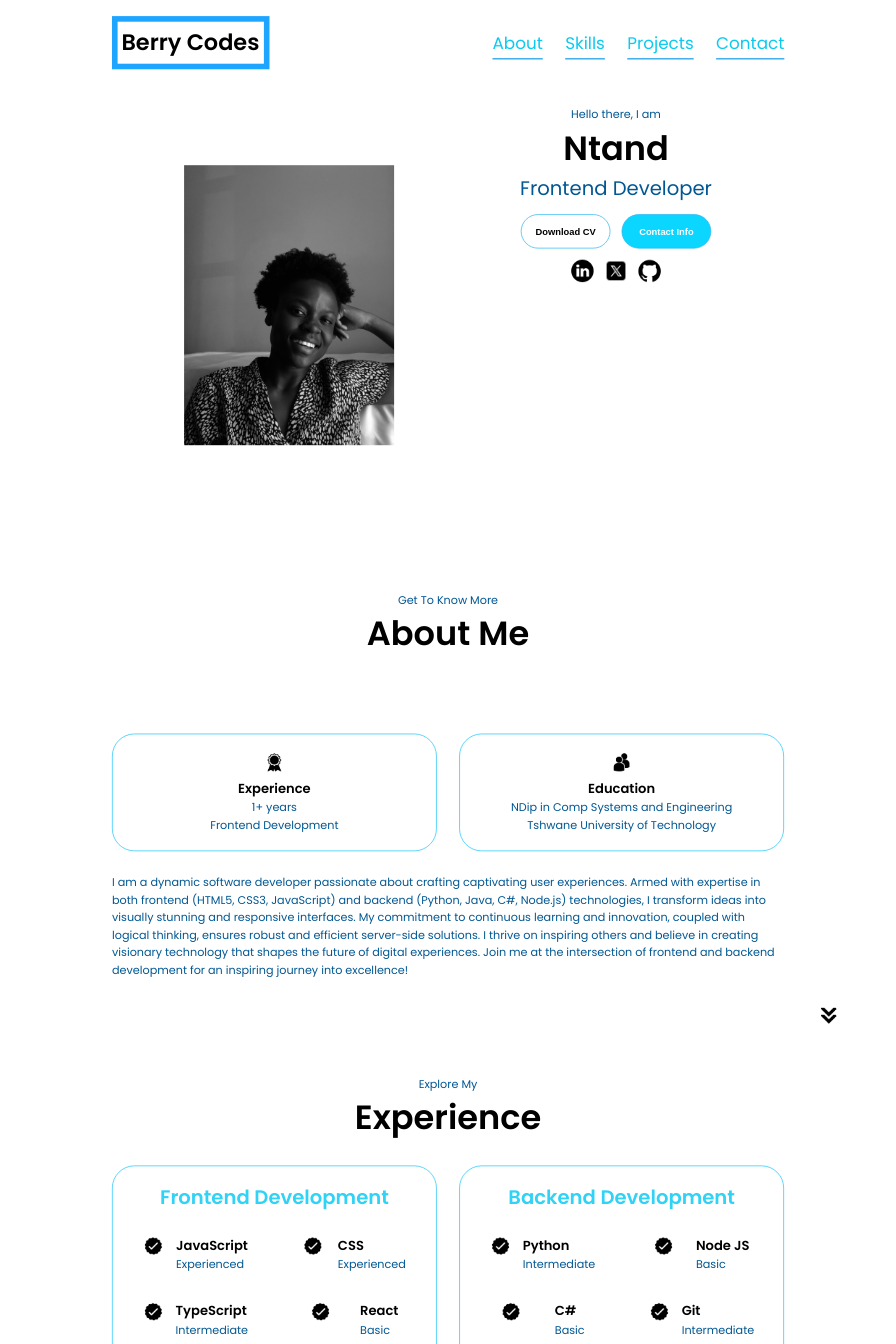
Repository: ntandomagana/FS-Dev-Portfolio
Page: index.html
These files come from the project's save history. The page is drawn as it stood at one moment and after the next save; the edit follows.
The browser window is 1280 px wide. The pictures show the part of the page from y = 0 to 1920 px (the page is 3177 px tall), at 70% of full size.

Above is the page before, as saved 2024-05-04 21:29:07.

### index.html
<!DOCTYPE html>
<html lang="en">
  <head>
    <meta charset="UTF-8" />
    <meta http-equiv="X-UA-Compatible" content="IE=edge" />
    <meta name="viewport" content="width=device-width, initial-scale=1.0" />
    <title>My Portfolio</title>
    <link rel="stylesheet" href="style.css" />
    <link rel="stylesheet" href="mediaqueries.css" />
  </head>
  <body>
    <nav id="desktop-nav">
      <div class="logo">Berry Codes</div>
      <div>
        <ul class="nav-links">
          <li><a href="#about">About</a></li>
          <li><a href="#experience">Skills</a></li>
          <li><a href="#projects">Projects</a></li>
          <li><a href="#contact">Contact</a></li>
        </ul>
      </div>
    </nav>
    <nav id="hamburger-nav">
      <div class="logo">Coding Berry</div>
      <div class="hamburger-menu">
        <div class="hamburger-icon" onclick="toggleMenu()">
          <span></span>
          <span></span>
          <span></span>
        </div>
        <div class="menu-links">
          <li><a href="#about" onclick="toggleMenu()">About</a></li>
          <li><a href="#experience" onclick="toggleMenu()">Skills</a></li>
          <li><a href="#projects" onclick="toggleMenu()">Projects</a></li>
          <li><a href="#contact" onclick="toggleMenu()">Contact</a></li>
        </div>
      </div>
    </nav>
    <section id="profile">
      <div class="section-pic-container">
        <img src="./assets/bwpp.jpg" alt="profile picture" />
      </div>
      <div class="section-text">
        <p class="section__text__p1">Hello there, I am</p>

        <h1 class="title"><span id="typed-text"></span></h1>

        <p class="section__text__p2">Frontend Developer</p>
        <div class="btn-container">
          <button
            class="btn btn-color-2"
            onclick="window.open('./assets/NP Magana - Web Developer.pdf')"
          >
            Download CV
          </button>
          <button class="btn btn-color-1" onclick="location.href='./#contact'">
            Contact Info
          </button>
        </div>
        <div id="socials-container">
          <img
            src="./assets/linkedin.png"
            alt="My LinkedIn profile"
            class="icon"
            onclick="location.href='https://www.linkedin.com/in/ntandoyenkosi-magana-/'"
          />

          <img
            src="./assets/icons8-twitterx-50.png"
            alt="My Github profile"
            class="icon"
            onclick="location.href='https://twitter.com/Sir_M_Charles'"
          />
          <img
            src="./assets/github.png"
            alt="My Github profile"
            class="icon"
            onclick="location.href='https://github.com/ntandomagana'"
          />
        </div>
      </div>
    </section>
    <section id="about">
      <p class="section__text__p1">Get To Know More</p>
      <h1 class="title">About Me</h1>
      <div class="section-container">
        <div class="about-details-container">
          <div class="about-containers">
            <div class="details-container">
              <img
                src="./assets/experience.png"
                alt="Experience icon"
                class="icon"
              />
              <h3>Experience</h3>
              <p>1+ years <br />Frontend Development</p>
            </div>
            <div class="details-container">
              <img
                src="./assets/education.png"
                alt="Education icon"
                class="icon"
              />
              <h3>Education</h3>
              <p>
                NDip in Comp Systems and Engineering <br />Tshwane University of
                Technology
              </p>
            </div>
          </div>
          <div class="text-container">
            <p>
              I am a dynamic software developer passionate about crafting
              captivating user experiences. Armed with expertise in both
              frontend (HTML5, CSS3, JavaScript) and backend (Python, Java, C#,
              Node.js) technologies, I transform ideas into visually stunning
              and responsive interfaces. My commitment to continuous learning
              and innovation, coupled with logical thinking, ensures robust and
              efficient server-side solutions. I thrive on inspiring others and
              believe in creating visionary technology that shapes the future of
              digital experiences. Join me at the intersection of frontend and
              backend development for an inspiring journey into excellence!
            </p>
          </div>
        </div>
      </div>
      <img
        src="./assets/arrow.png"
        alt="Arrow icon"
        class="icon arrow"
        onclick="location.href='./#experience'"
      />
    </section>
    <section id="experience">
      <p class="section__text__p1">Explore My</p>
      <h1 class="title">Experience</h1>
      <div class="experience-details-container">
        <div class="about-containers">
          <div class="details-container">
            <h2 class="experience-sub-title">Frontend Development</h2>
            <div class="article-container">
              <article>
                <img
                  src="./assets/checkmark.png"
                  alt="Experience icon"
                  class="icon"
                />
                <div>
                  <h3>JavaScript</h3>
                  <p>Experienced</p>
                </div>
              </article>
              <article>
                <img
                  src="./assets/checkmark.png"
                  alt="Experience icon"
                  class="icon"
                />
                <div>
                  <h3>CSS</h3>
                  <p>Experienced</p>
                </div>
              </article>
              <article>
                <img
                  src="./assets/checkmark.png"
                  alt="Experience icon"
                  class="icon"
                />
                <div>
                  <h3>TypeScript</h3>
                  <p>Intermediate</p>
                </div>
              </article>
              <article>
                <img
                  src="./assets/checkmark.png"
                  alt="Experience icon"
                  class="icon"
                />
                <div>
                  <h3>React</h3>
                  <p>Basic</p>
                </div>
              </article>
              <article></article>
            </div>
          </div>
          <div class="details-container">
            <h2 class="experience-sub-title">Backend Development</h2>
            <div class="article-container">
              <article>
                <img
                  src="./assets/checkmark.png"
                  alt="Experience icon"
                  class="icon"
                />
                <div>
                  <h3>Python</h3>
                  <p>Intermediate</p>
                </div>
              </article>
              <article>
                <img
                  src="./assets/checkmark.png"
                  alt="Experience icon"
                  class="icon"
                />
                <div>
                  <h3>Node JS</h3>
                  <p>Basic</p>
                </div>
              </article>
              <article>
                <img
                  src="./assets/checkmark.png"
                  alt="Experience icon"
                  class="icon"
                />
                <div>
                  <h3>C#</h3>
                  <p>Basic</p>
                </div>
              </article>
              <article>
                <img
                  src="./assets/checkmark.png"
                  alt="Experience icon"
                  class="icon"
                />
                <div>
                  <h3>Git</h3>
                  <p>Intermediate</p>
                </div>
              </article>
            </div>
          </div>
        </div>
      </div>
      <img
        src="./assets/arrow.png"
        alt="Arrow icon"
        class="icon arrow"
        onclick="location.href='./#projects'"
      />
    </section>
    <section id="projects">
      <p class="section__text__p1">View My Recent</p>
      <h1 class="title">Projects</h1>
      <div class="experience-details-container">
        <div class="about-containers">
          <div class="details-container color-container">
            <div class="article-container">
              <img
                src="./assets/coming soon.jpg"
                alt="Project 1"
                class="project-img"
              />
            </div>
            <h2 class="experience-sub-title project-title">Project One</h2>
            <div class="btn-container">
              <button
                class="btn btn-color-2 project-btn"
                onclick="location.href='https://github.com/'"
              >
                Github
              </button>
            </div>
          </div>
          <div class="details-container color-container">
            <div class="article-container">
              <img
                src="./assets/coming soon.jpg"
                alt="Project 2"
                class="project-img"
              />
            </div>
            <h2 class="experience-sub-title project-title">Project Two</h2>
            <div class="btn-container">
              <button
                class="btn btn-color-2 project-btn"
                onclick="location.href='https://github.com/'"
              >
                Github
              </button>
            </div>
          </div>
          <div class="details-container color-container">
            <div class="article-container">
              <img
                src="./assets/coming soon.jpg"
                alt="Project 3"
                class="project-img"
              />
            </div>
            <h2 class="experience-sub-title project-title">Project Three</h2>
            <div class="btn-container">
              <button
                class="btn btn-color-2 project-btn"
                onclick="location.href='https://github.com/'"
              >
                Github
              </button>
            </div>
          </div>
        </div>
      </div>
      <img
        src="./assets/arrow.png"
        alt="Arrow icon"
        class="icon arrow"
        onclick="location.href='./#contact'"
      />
    </section>
    <section id="contact">
      <p class="section__text__p1">Get in Touch</p>
      <h1 class="title">Contact Me</h1>
      <div class="contact-info-upper-container">
        <div class="contact-info-container">
          <img
            src="./assets/email.png"
            alt="Email icon"
            class="icon contact-icon email-icon"
          />
          <p>
            <a href="mailto:ntandomagana@gmail.com">ntandomagana@gmail.com</a>
          </p>
        </div>
        <div class="contact-info-container">
          <img
            src="./assets/linkedin.png"
            alt="LinkedIn icon"
            class="icon contact-icon"
          />
          <p><a href="https://www.linkedin.com">LinkedIn</a></p>
        </div>
      </div>
    </section>
    <footer>
      <nav>
        <div class="nav-links-container">
          <ul class="nav-links">
            <li><a href="#about">About</a></li>
            <li><a href="#experience">Skills</a></li>
            <li><a href="#projects">Projects</a></li>
            <li><a href="#contact">Contact</a></li>
          </ul>
        </div>
      </nav>
      <p>Copyright &#169; 2023 Ntando Magana. All Rights Reserved.</p>
    </footer>
    <script src="script.js"></script>
  </body>
</html>

### style.css
@import url("https://fonts.googleapis.com/css2?family=Poppins:wght@300;400;500;600&display=swap");

* {
  margin: 0;
  padding: 0;
}

body {
  font-family: "Poppins", sans-serif;
}

html {
  scroll-behavior: smooth;
}

p {
  color: #005792;
}

section {
  margin-bottom: 2px;
}

a,
.btn {
  transition: all 300ms ease;
}

nav,
.nav-links {
  display: flex;
}

nav {
  justify-content: space-around;
  align-items: center;
  height: 17vh;
}

.nav-links {
  gap: 2rem;
  list-style-type: none;
  font-size: 1.5rem;
}

a {
  color: rgb(11, 202, 240);
  text-decoration: underline;
  text-underline-offset: 0.8rem;
  text-decoration-color: rgb(51, 169, 237);
}

.logo {
  font-size: 2rem;
}

.logo:hover {
  cursor: default;
}

#hamburger-nav {
  display: none;
}

.hamburger-menu {
  position: relative;
  display: inline-block;
}

.hamburger-icon {
  display: flex;
  flex-direction: column;
  justify-content: space-between;
  height: 24px;
  width: 30px;
  cursor: pointer;
}



.hamburger-icon span {
  width: 100%;
  height: 2px;
  background-color: rgb(9, 255, 255);
  transition: all 0.3 ease-in-out;
}

.menu-links {
  position: absolute;
  top: 100%;
  right: 0;
  background-color: white;
  width: fit-content;
  max-height: 0;
  overflow: hidden;
  transition: all 0.3 ease-in-out;
}

.menu-links a {
  display: block;
  padding: 10px;
  text-align: center;
  font-size: 1.5rem;
  color: rgb(15, 224, 231);
  text-decoration: none;
  transition: all 0.3 ease-in-out;
}

.menu-links li {
  list-style-type: none;
}

.menu-links.open {
  max-height: 300px;
}

.hamburger-icon.open span:first-child {
  transform: rotate(45deg) translate(10px, 5px);
}

.hamburger-icon.open span:nth-child(2) {
  opacity: 0;
}

.hamburger-icon.open span:last-child {
  transform: rotate(-45deg) translate(10px, -5px);
}

.hamburger-icon span:first-child {
  transform: none;
}

.hamburger-icon span:first-child {
  opacity: 1;
}

.hamburger-icon span:first-child {
  transform: none;
}

section {
  padding-top: 4vh;
  height: 96vh;
  margin: 0 10rem;
  box-sizing: border-box;
  min-height: fit-content;
}

.section-container {
  display: flex;
}

#profile {
  display: flex;
  justify-content: center;
  gap: 5rem;
  height: 80vh;
}

.section-pic-container {
  display: flex;
  height: 400px;
  width: 400px;
  margin: auto 0;
}

.section__text {
  align-self: center;
  text-align: center;
}

.section__text p {
  font-weight: 600;
}

.section__text__p1 {
  text-align: center;
}

.section__text__p2 {
  font-size: 1.75rem;
  margin-bottom: 1rem;
}

.title {
  font-size: 3rem;
  text-align: center;
}

#socials-container {
  display: flex;
  justify-content: center;
  margin-top: 1rem;
  gap: 1rem;
}

.icon {
  cursor: pointer;
  height: 2rem;
}

/* BUTTONS */

.btn-container {
  display: flex;
  justify-content: center;
  gap: 1rem;
}

.btn {
  font-weight: 600;
  transition: all 300ms ease;
  padding: 1rem;
  width: 8rem;
  border-radius: 2rem;
}

.btn-color-1,
.btn-color-2 {
  border: rgb(43, 182, 241) 0.1rem solid;
}

.btn-color-1:hover,
.btn-color-2:hover {
  cursor: pointer;
}

.btn-color-1,
.btn-color-2:hover {
  background: rgb(11, 214, 255);
  color: white;
}

.btn-color-1:hover {
  background: rgb(83, 215, 232);
}

.btn-color-2 {
  background: none;
}

.btn-color-2:hover {
  border: rgb(26, 210, 243) 0.2rem solid;
}

.btn-container {
  gap: 1rem;
}

/* ABOUT SECTION */

#about {
  position: relative;
}

.about-containers {
  gap: 2rem;
  margin-bottom: 2rem;
  margin-top: 2rem;
}

.about-details-container {
  justify-content: center;
  flex-direction: column;
}

.about-containers,
.about-details-container {
  display: flex;
}

.arrow {
  position: absolute;
  right: -5rem;
  bottom: 2.5rem;
}

.details-container {
  padding: 1.5rem;
  flex: 1;
  background: white;
  border-radius: 2rem;
  border: rgb(34, 174, 239) 0.1rem solid;
  border-color: rgb(28, 197, 249);
  text-align: center;
}

.section-container {
  gap: 4rem;
  height: 80%;
}

.section__pic-container {
  height: 400px;
  width: 400px;
  margin: auto 0;
}

/* EXPERIENCE SECTION */

#experience {
  position: relative;
}

.experience-sub-title {
  color: rgb(48, 210, 246);
  font-weight: 600;
  font-size: 1.75rem;
  margin-bottom: 2rem;
}

.experience-details-container {
  display: flex;
  justify-content: center;
  flex-direction: column;
}

.article-container {
  display: flex;
  text-align: initial;
  flex-wrap: wrap;
  flex-direction: row;
  gap: 2.5rem;
  justify-content: space-around;
}

article {
  display: flex;
  width: 10rem;
  justify-content: space-around;
  gap: 0.5rem;
}

article .icon {
  cursor: default;
}

/* PROJECTS SECTION */

#projects {
  position: relative;
}

.color-container {
  border-color: rgb(21, 220, 255);
  background: rgb(250, 250, 250);
}

.project-img {
  border-radius: 2rem;
  width: 90%;
  height: 90%;
}

.project-title {
  margin: 1rem;
  color: #00bbf0;
}

.project-btn {
  color: #00bbf0;
  border-color: rgb(18, 217, 252);
}

/* CONTACT */

#contact {
  display: flex;
  justify-content: center;
  flex-direction: column;
  height: 70vh;
}

.contact-info-upper-container {
  display: flex;
  justify-content: center;
  border-radius: 2rem;
  border: rgb(16, 220, 242) 0.1rem solid;
  border-color: rgb(19, 211, 250);
  background: (250, 250, 250);
  margin: 2rem auto;
  padding: 0.5rem;
}

.contact-info-container {
  display: flex;
  align-items: center;
  justify-content: center;
  gap: 0.5rem;
  margin: 1rem;
}

.contact-info-container p {
  font-size: larger;
}

.contact-icon {
  cursor: default;
}

.email-icon {
  height: 2.5rem;
}

footer {
  height: 26vh;
  margin: 0 1rem;
}

footer p {
  text-align: center;
}

/* Add this CSS to your existing style.css or create a new style tag in the head of your HTML */

/* Bold, underline, and bubble effect for the logo */
.logo {
  font-weight: bold;
  text-decoration: wavy;
  display: inline-block;
  position: relative;
  border: 8px solid #1ea5ff; /* Adjust the border thickness and color as needed */
  padding: 6px; /* Adjust the padding as needed */
}

.logo::after {
  content: "";
  position: absolute;
  width: 100%;
  height: 0;
  bottom: 0;
  left: 0;
  opacity: 0;
  border-bottom: 2px solid #fff;
  animation: bubble 0.5s infinite ease-in-out;
}

@keyframes bubble {
  0% {
    height: 0;
    opacity: 0;
  }
  50% {
    height: 100%;
    opacity: 1;
  }
  100% {
    height: 0;
    opacity: 0;
  }
}

### mediaqueries.css
@media screen and (max-width: 1400px) {
  #profile {
    height: 83vh;
    margin-bottom: 6rem;
  }
  .about-containers {
    flex-wrap: wrap;
  }
  #contact,
  #projects {
    height: fit-content;
  }
}

@media screen and (max-width: 1200px) {
  #desktop-nav {
    display: none;
  }
  #hamburger-nav {
    display: flex;
  }
  #experience,
  .experience-details-container {
    margin-top: 2rem;
  }
  #profile,
  .section-container {
    display: block;
  }
  .arrow {
    display: none;
  }
  section,
  .section-container {
    height: fit-content;
  }
  section {
    margin: 0 5%;
  }
  .section__pic-container {
    width: 275px;
    height: 275px;
    margin: 0 auto 2rem;
  }
  .about-containers {
    margin-top: 0;
  }
}

@media screen and (max-width: 600px) {
  #contact,
  footer {
    height: 40vh;
  }
  #profile {
    height: 83vh;
    margin-bottom: 0;
  }
  article {
    font-size: 1rem;
  }
  footer nav {
    height: fit-content;
    margin-bottom: 2rem;
  }
  .about-containers,
  .contact-info-upper-container,
  .btn-container {
    flex-wrap: wrap;
  }
  .contact-info-container {
    margin: 0;
  }
  .contact-info-container p,
  .nav-links li a {
    font-size: 1rem;
  }
  .experience-sub-title {
    font-size: 1.25rem;
  }
  .logo {
    font-size: 1.5rem;
  }
  .nav-links {
    flex-direction: column;
    gap: 0.5rem;
    text-align: center;
  }
  .section__pic-container {
    width: auto;
    height: 46vw;
    justify-content: center;
  }
  .section__text__p2 {
    font-size: 1.25rem;
  }
  .title {
    font-size: 2rem;
  }
  .text-container {
    text-align: justify;
  }
}

### script.js
function toggleMenu() {
  const menu = document.querySelector(".menu-links");
  const icon = document.querySelector(".hamburger-icon");
  menu.classList.toggle("open");
  icon.classList.toggle("open");
}

//Javascript for looped typing effect
const typedText = document.getElementById("typed-text");
const textToType = 'Ntando Magana';

function typeText() {
  let index = 0;

  function type() {
    if (index < textToType.length) {
      typedText.innerHTML += textToType.charAt(index);
      index++;
      setTimeout(type, 200); // typing speed in milliseconds
    } else {
      setTimeout(erase, 300); // wait before erasing
    }
  }

  function erase() {
    if (typedText.innerHTML.length > 0) {
      typedText.innerHTML = typedText.innerHTML.slice(0, -1);
      setTimeout(erase, 300); //erasing speed in ms
    } else {
      index = 0; //Reset index for next typing cycle
      setTimeout(type, 200); // wait before typing again
    }
  }

  type(); // start typing
}

window.onload = typeText;

After the next save:
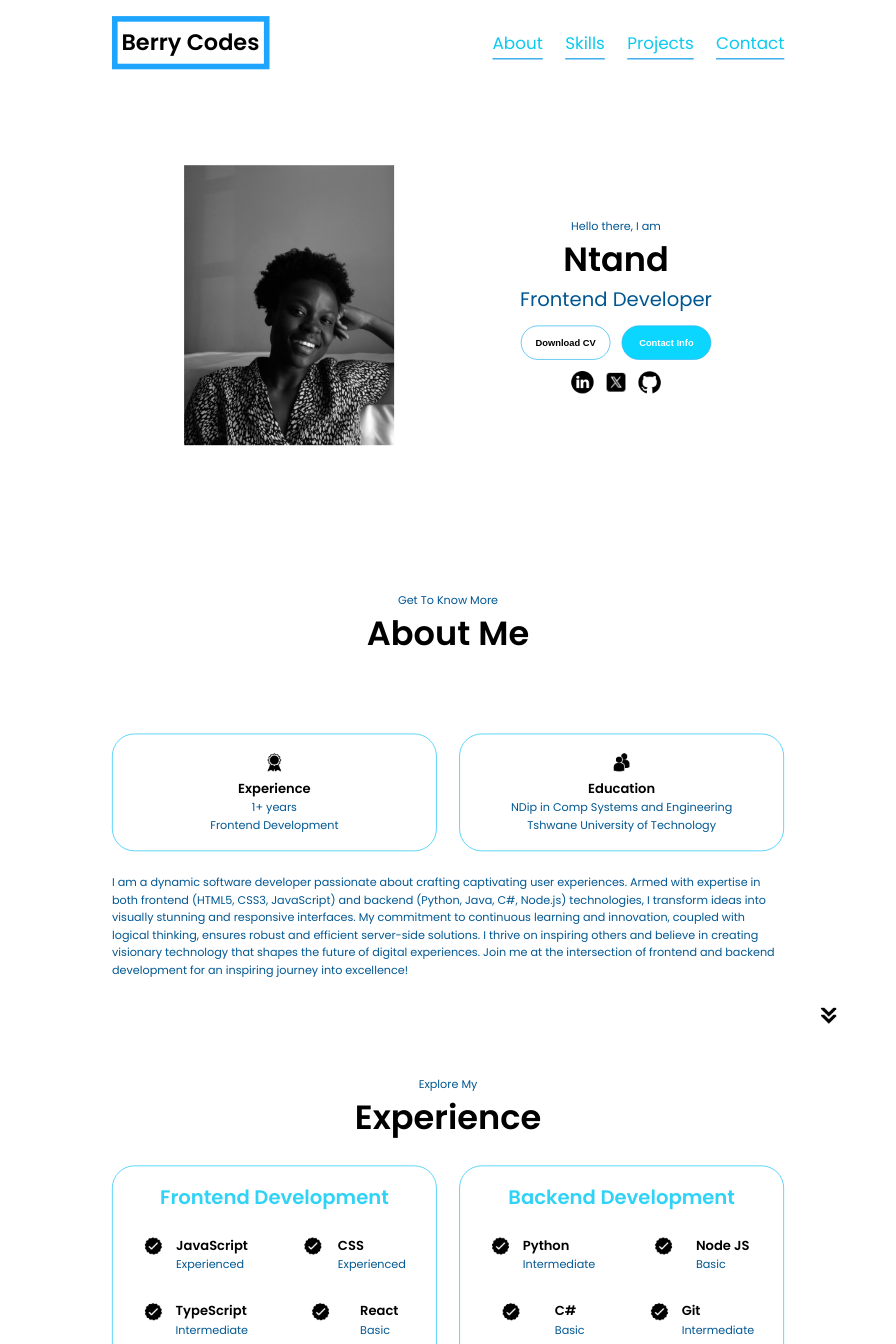
Saved 9 s later.
--- a/style.css
+++ b/style.css
@@ -164,7 +164,7 @@ section {
   margin: auto 0;
 }
 
-.section__text {
+.section-text {
   align-self: center;
   text-align: center;
 }
